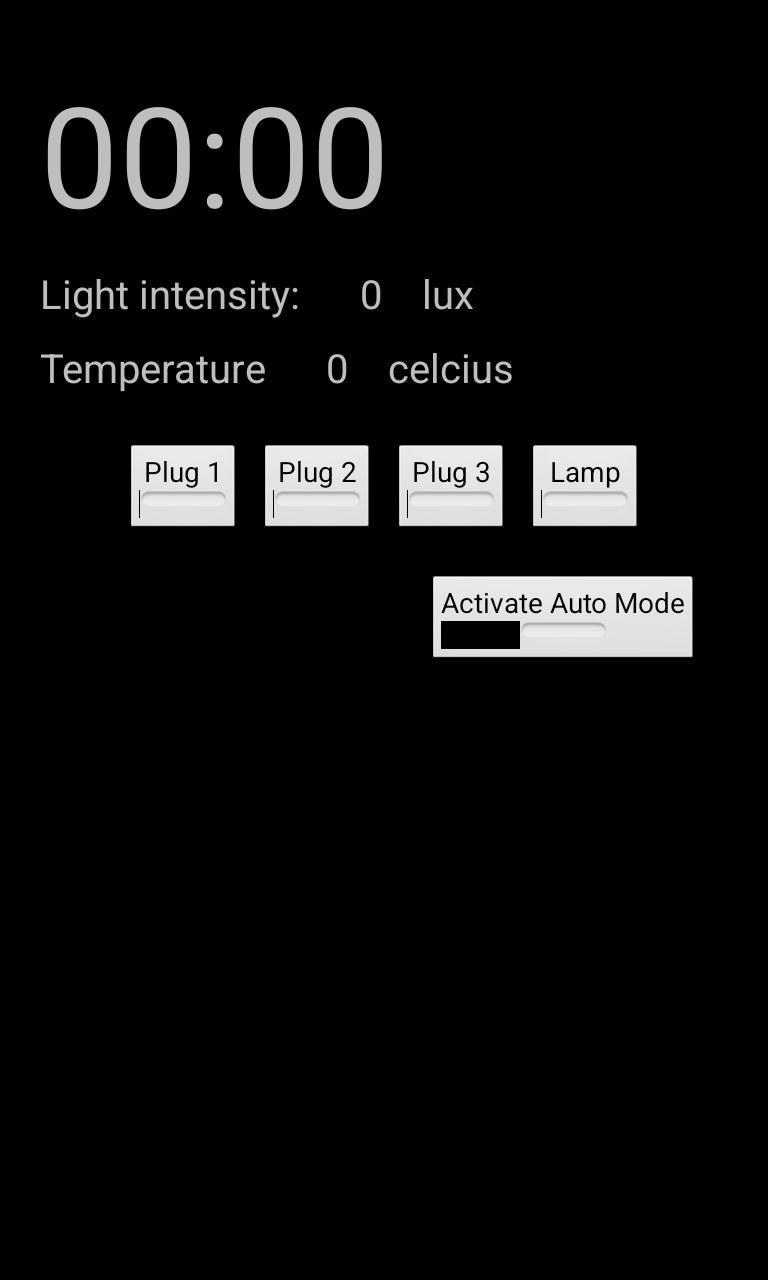
Repository: deanzaka/Shroom-Smart-Terminal
Layout: IOIOShroomST/res/layout/main.xml
An editor plug-in stored every save of this project. The layout is shown before and after the next save, followed by the edit.
It is drawn on a 768 x 1280 px phone screen (xhdpi) without system bars, with theme android:Theme; the app's code is not run.

Above is the layout before, as saved 2014-11-16 21:32:36.

### IOIOShroomST/res/layout/main.xml
<?xml version="1.0" encoding="utf-8"?>
<LinearLayout xmlns:android="http://schemas.android.com/apk/res/android"
    android:orientation="vertical"
    android:layout_width="fill_parent"
    android:layout_height="fill_parent">

    <RelativeLayout
		android:layout_width="match_parent"
		android:layout_height="wrap_content"
		android:orientation="horizontal"
		android:gravity="left"
		android:paddingTop="30dp">

        <TextView
		    android:id="@+id/TestTime"
		    android:layout_width="wrap_content"
		    android:layout_height="wrap_content"
		    android:paddingLeft="20dp"
		    android:text="00:00"
		    android:textSize="70sp" />

	</RelativeLayout>

	<RelativeLayout
		android:layout_width="match_parent"
		android:layout_height="wrap_content"
		android:orientation="horizontal"
		android:gravity="left"
		android:paddingTop="10dp">

		<TextView
		    android:id="@+id/LightLabel"
			android:text="@string/light_label"
			android:layout_width="wrap_content"
			android:layout_height="wrap_content"
			android:layout_alignParentLeft="true"
			android:paddingLeft="20dp"
			android:paddingRight="30dp"
			android:textSize="20sp"
			/>

		<TextView
		    android:id="@+id/LuxValue"
		    android:layout_width="wrap_content"
		    android:layout_height="wrap_content"
		    android:layout_toRightOf="@id/LightLabel"
		    android:paddingRight="20dp"
		    android:text="0"
		    android:textSize="20sp" />

		<TextView
			android:id="@+id/LuxLabel"
			android:text="@string/lux_label"
			android:layout_width="wrap_content"
			android:layout_height="wrap_content"
			android:layout_toRightOf="@id/LuxValue"
			android:textSize="20sp"
			/>
	</RelativeLayout>

	<RelativeLayout
		android:layout_width="wrap_content"
		android:layout_height="wrap_content"
		android:orientation="horizontal"
		android:gravity="left"
		android:paddingTop="10dp">

		<TextView
			android:id="@+id/TempLabel"
			android:text="@string/temp_label"
			android:layout_width="wrap_content"
			android:layout_height="wrap_content"
			android:paddingLeft="20dp"
			android:paddingRight="30dp"
			android:textSize="20sp"
			/>
		<TextView
			android:id="@+id/TempValue"
			android:text="0"
			android:layout_width="wrap_content"
			android:layout_height="wrap_content"
			android:layout_toRightOf="@id/TempLabel"
			android:paddingRight="20dp"
			android:textSize="20sp"
			/>
		<TextView
			android:id="@+id/CelLabel"
			android:text="@string/cel_label"
			android:layout_width="wrap_content"
			android:layout_height="wrap_content"
			android:layout_toRightOf="@id/TempValue"
			android:textSize="20sp"
			/>
	</RelativeLayout>

	<RelativeLayout
	    android:layout_width="match_parent"
		android:layout_height="wrap_content"
		android:orientation="horizontal"
		android:gravity="center_horizontal"
		android:paddingTop="20dp">

	    <ToggleButton
			android:id="@+id/Terminal1"
			android:layout_width="wrap_content"
			android:layout_height="wrap_content"
			android:layout_margin="5dp"
			android:text="@string/terminal_1"
			android:textOn="@string/terminal_1"
			android:textOff="@string/terminal_1"
			/>

		<ToggleButton
			android:id="@+id/Terminal2"
			android:layout_width="wrap_content"
			android:layout_height="wrap_content"
			android:layout_toRightOf="@id/Terminal1"
			android:layout_margin="5dp"
			android:text="@string/terminal_2"
			android:textOn="@string/terminal_2"
			android:textOff="@string/terminal_2"
			/>

		<ToggleButton
			android:id="@+id/Terminal3"
			android:layout_width="wrap_content"
			android:layout_height="wrap_content"
			android:layout_toRightOf="@id/Terminal2"
			android:layout_margin="5dp"
			android:text="@string/terminal_3"
			android:textOn="@string/terminal_3"
			android:textOff="@string/terminal_3"
			/>

		<ToggleButton
			android:id="@+id/Lamp"
			android:layout_width="wrap_content"
			android:layout_height="wrap_content"
			android:layout_toRightOf="@id/Terminal3"
			android:layout_margin="5dp"
			android:text="@string/lamp"
			android:textOn="@string/lamp"
			android:textOff="@string/lamp"
			/>
	</RelativeLayout>

	<RelativeLayout
	    android:layout_width="match_parent"
		android:layout_height="wrap_content"
		android:orientation="horizontal"
		android:gravity="right"
		android:paddingTop="10dp"
		android:paddingRight="30dp">

	    <ToggleButton
			android:id="@+id/AutoMode"
			android:layout_width="wrap_content"
			android:layout_height="wrap_content"
			android:layout_margin="5dp"
			android:text="@string/auto_label"
			android:textOn="Deactivate Auto Mode"
			android:textOff="Activate Auto Mode"
			/>
	</RelativeLayout>

	</LinearLayout>

### IOIOShroomST/res/values/strings.xml
<?xml version="1.0" encoding="utf-8"?>
<resources>
    <string name="app_name">Shroom - Smart Outlet</string>
    <string name="terminal_1">Plug 1</string>
    <string name="terminal_2">Plug 2</string>
    <string name="terminal_3">Plug 3</string>
    <string name="lamp">Lamp</string>

    <string name="light_label">Light intensity: </string>
    <string name="temp_label">Temperature</string>
    <string name="cel_label">celcius</string>
    <string name="lux_label">lux</string>

    <string name="auto_label">Auto Mode</string>




</resources>

After the next save:
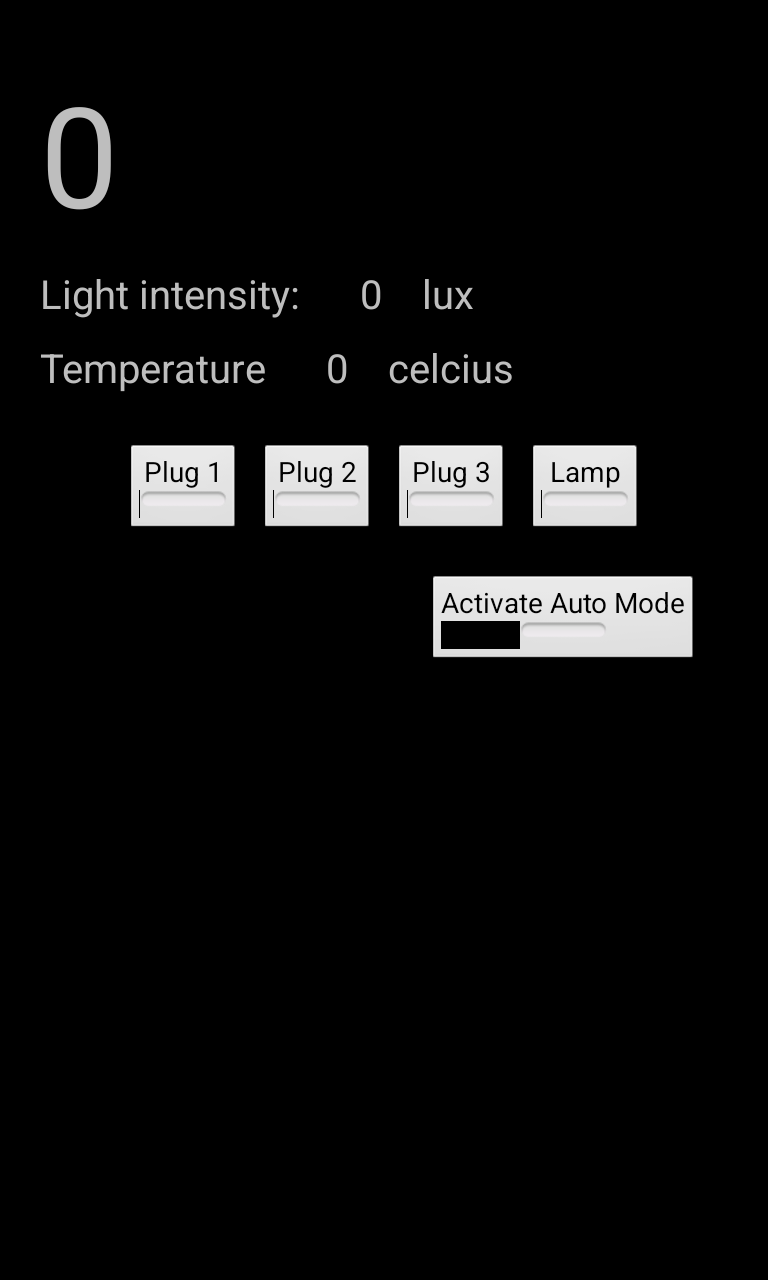
Saved 32 s later.
--- a/IOIOShroomST/res/layout/main.xml
+++ b/IOIOShroomST/res/layout/main.xml
@@ -16,7 +16,7 @@
 		    android:layout_width="wrap_content"
 		    android:layout_height="wrap_content"
 		    android:paddingLeft="20dp"
-		    android:text="00:00"
+		    android:text="0"
 		    android:textSize="70sp" />
 
 	</RelativeLayout>

After the save that followed:
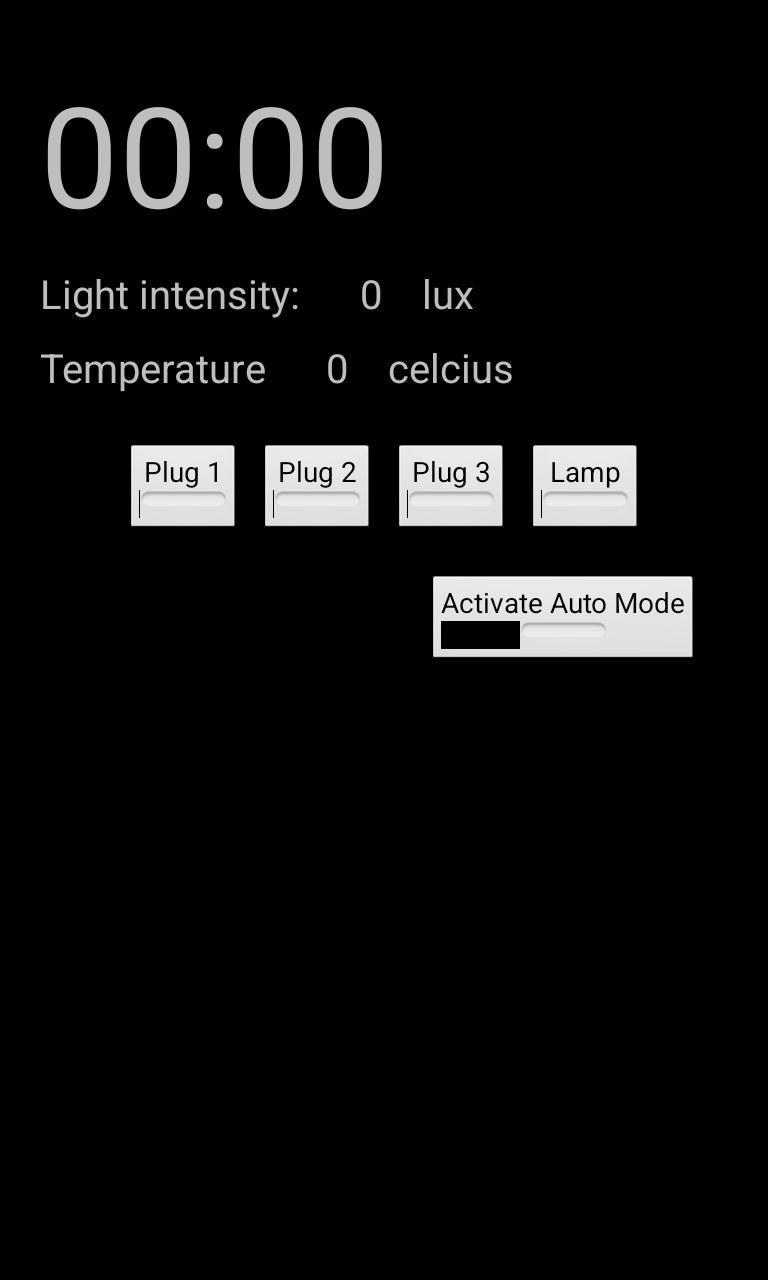
Saved 11 min 7 s later.
--- a/IOIOShroomST/res/layout/main.xml
+++ b/IOIOShroomST/res/layout/main.xml
@@ -16,7 +16,7 @@
 		    android:layout_width="wrap_content"
 		    android:layout_height="wrap_content"
 		    android:paddingLeft="20dp"
-		    android:text="0"
+		    android:text="00:00"
 		    android:textSize="70sp" />
 
 	</RelativeLayout>
